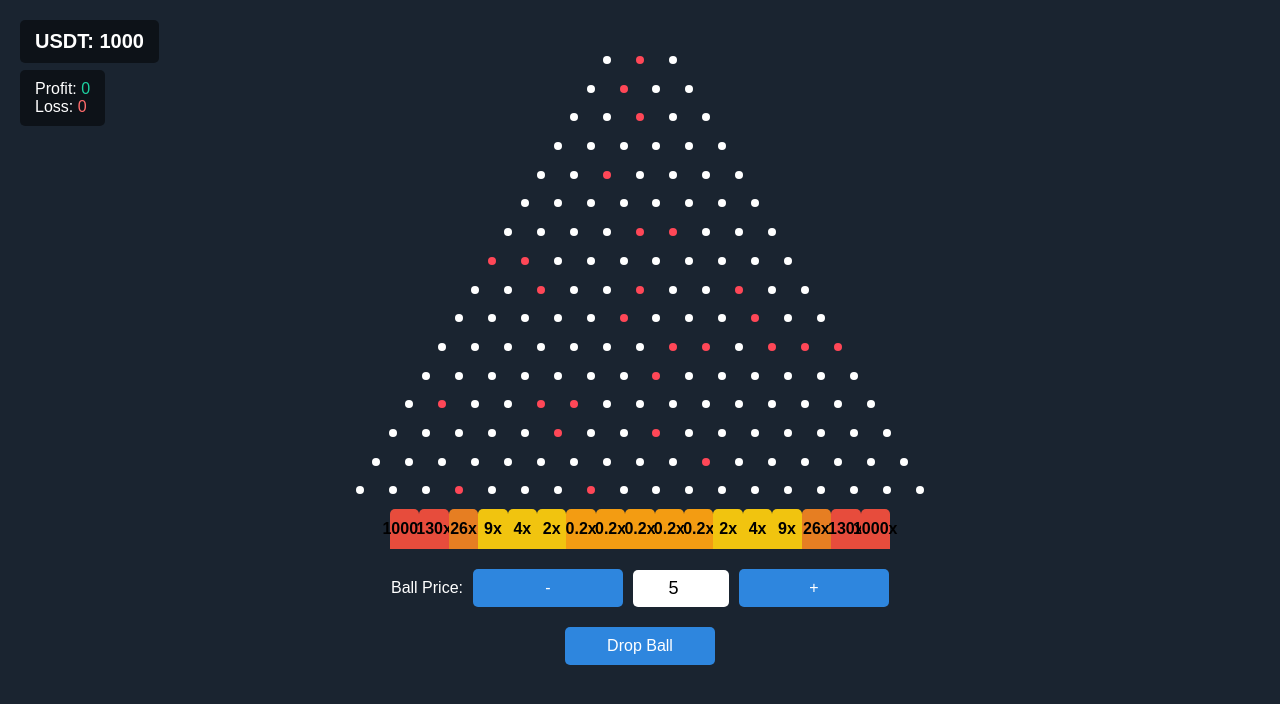
Repository: daffa-alif/PLINKO-JS
Page: plinko.html
An editor plug-in stored every save of this project. The page is shown before and after the next save, followed by the edit.
The browser window is 1280 px wide. The pictures show the whole page.

Above is the page before, as saved 2025-03-07 07:42:32.

After the next save:
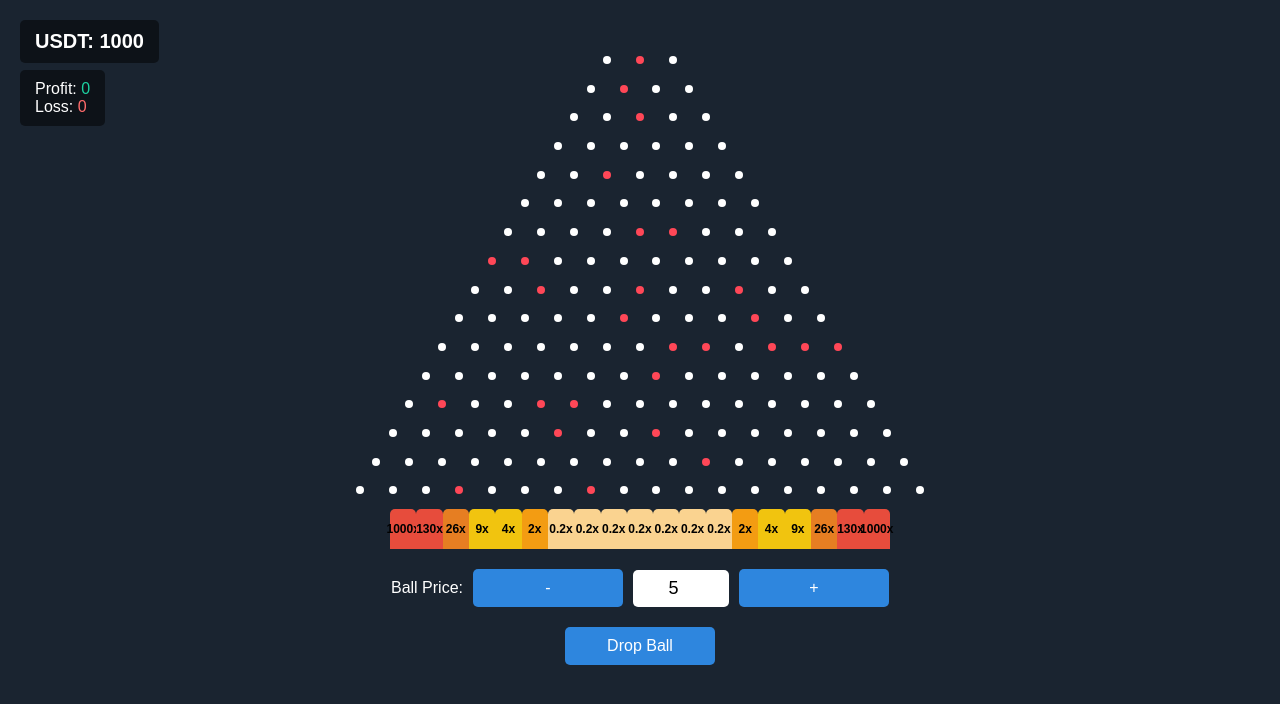
Saved 4 min 13 s later.
--- a/plinko.html
+++ b/plinko.html
@@ -64,12 +64,12 @@
         }
 
         .bucket {
-            width: 55px;
             height: 40px;
             display: flex;
             justify-content: center;
             align-items: center;
             font-weight: bold;
+            font-size: 12px;
             color: black;
             border-top-left-radius: 5px;
             border-top-right-radius: 5px;
@@ -212,7 +212,8 @@
             friction: 0.99,
             pegInfluence: 0.6,
             maxActiveBalls: 10,
-            multipliers: [1000, 130, 26, 9, 4, 2, 0.2, 0.2, 0.2, 0.2, 0.2, 2, 4, 9, 26, 130, 1000], // Updated to match image
+            // Updated multipliers to match the image exactly
+            multipliers: [1000, 130, 26, 9, 4, 2, 0.2, 0.2, 0.2, 0.2, 0.2, 0.2, 0.2, 2, 4, 9, 26, 130, 1000],
             horizontalSpacingFactor: 1.12
         };
 
@@ -222,6 +223,7 @@
         let ballPrice = 30;
         let activeBalls = [];
         let pegLayout = [];
+        let lastRowPegCount = 0; // Track the number of pegs in the last row
 
         // Initialize the board
         function initializeBoard() {
@@ -237,6 +239,11 @@
             for (let row = 0; row < config.rows; row++) {
                 // Calculate number of pegs in this row (increase by 1 for each row, starting with config.pegsStartCount)
                 const pegsInRow = config.pegsStartCount + row;
+
+                // Store the count of pegs in last row for bucket setup
+                if (row === config.rows - 1) {
+                    lastRowPegCount = pegsInRow;
+                }
 
                 // Calculate the starting position for the first peg in the row
                 const rowStartX = boardWidth / 2 - (horizontalSpacing * (pegsInRow - 1)) / 2;
@@ -276,18 +283,43 @@
             // Define colors for buckets based on multipliers
             const getColorForMultiplier = (multiplier) => {
                 if (multiplier >= 100) return '#e74c3c';      // Red for highest multipliers
-                if (multiplier >= 10) return '#e67e22';       // Orange for high multipliers
-                if (multiplier >= 2) return '#f1c40f';        // Yellow for medium multipliers
-                return '#f39c12';                             // Gold for low multipliers
+                if (multiplier >= 20) return '#e67e22';       // Orange for high multipliers
+                if (multiplier >= 4) return '#f1c40f';        // Yellow for medium multipliers
+                if (multiplier >= 1) return '#f39c12';        // Gold for low multipliers
+                return '#fad390';                             // Light gold for < 1 multipliers
             };
 
             // Add bucket divs to match the multipliers
-            for (let i = 0; i < config.multipliers.length; i++) {
+            // We need to ensure we have enough buckets for the bottom row of pegs (pegsInLastRow + 1)
+            const boardBottomY = boardHeight - 40; // Position for buckets
+            const bucketCount = lastRowPegCount + 1; // Need one more bucket than pegs in last row
+
+            // Check if we have enough multipliers for all buckets, otherwise adjust
+            while (config.multipliers.length < bucketCount) {
+                // Add more 0.2x in the middle if needed
+                const midIndex = Math.floor(config.multipliers.length / 2);
+                config.multipliers.splice(midIndex, 0, 0.2);
+            }
+
+            // If we have too many multipliers, trim the array
+            if (config.multipliers.length > bucketCount) {
+                // Adjust multipliers to match bucket count
+                const toRemove = config.multipliers.length - bucketCount;
+                const midIndex = Math.floor(config.multipliers.length / 2) - Math.floor(toRemove / 2);
+                config.multipliers.splice(midIndex, toRemove);
+            }
+
+            // Calculate bucket width
+            const bucketWidth = boardWidth / bucketCount;
+
+            // Create buckets
+            for (let i = 0; i < bucketCount; i++) {
                 const bucket = document.createElement('div');
                 bucket.className = 'bucket';
-                bucket.style.backgroundColor = getColorForMultiplier(config.multipliers[i]);
-                bucket.textContent = `${config.multipliers[i]}x`;
-                bucket.style.width = `${boardWidth / config.multipliers.length}px`;
+                const multiplier = config.multipliers[i];
+                bucket.style.backgroundColor = getColorForMultiplier(multiplier);
+                bucket.textContent = `${multiplier}x`;
+                bucket.style.width = `${bucketWidth}px`;
                 buckets.appendChild(bucket);
             }
 
@@ -441,11 +473,11 @@
 
                 // Check if ball reached bottom
                 if (ball.y > boardHeight - 60) {
-                    // Calculate which bucket the ball fell into
-                    const bucketWidth = boardWidth / config.multipliers.length;
+                    // Calculate which bucket the ball fell into based on the last row peg count
+                    const bucketWidth = boardWidth / (lastRowPegCount + 1);
                     const bucketIndex = Math.min(
                         Math.floor(ball.x / bucketWidth),
-                        config.multipliers.length - 1
+                        lastRowPegCount
                     );
 
                     // Apply multiplier to the bet
